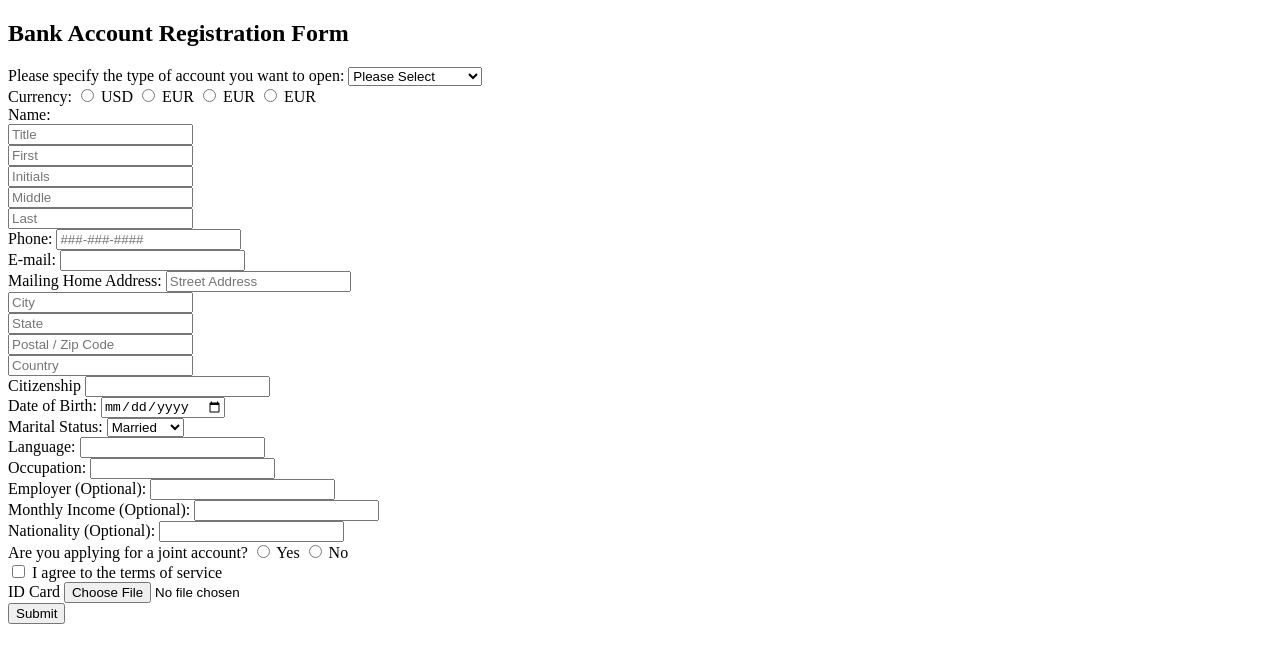
Repository: hizeetech/First-Assignment
Page: sign_up.html
The author's editor kept a copy of each file at every save. The page is drawn from the files as they stood at one save, then again after the next save.
The browser window is 1280 px wide. The pictures show the whole page.

Above is the page before, as saved 2024-11-09 02:30:29.

After the next save:
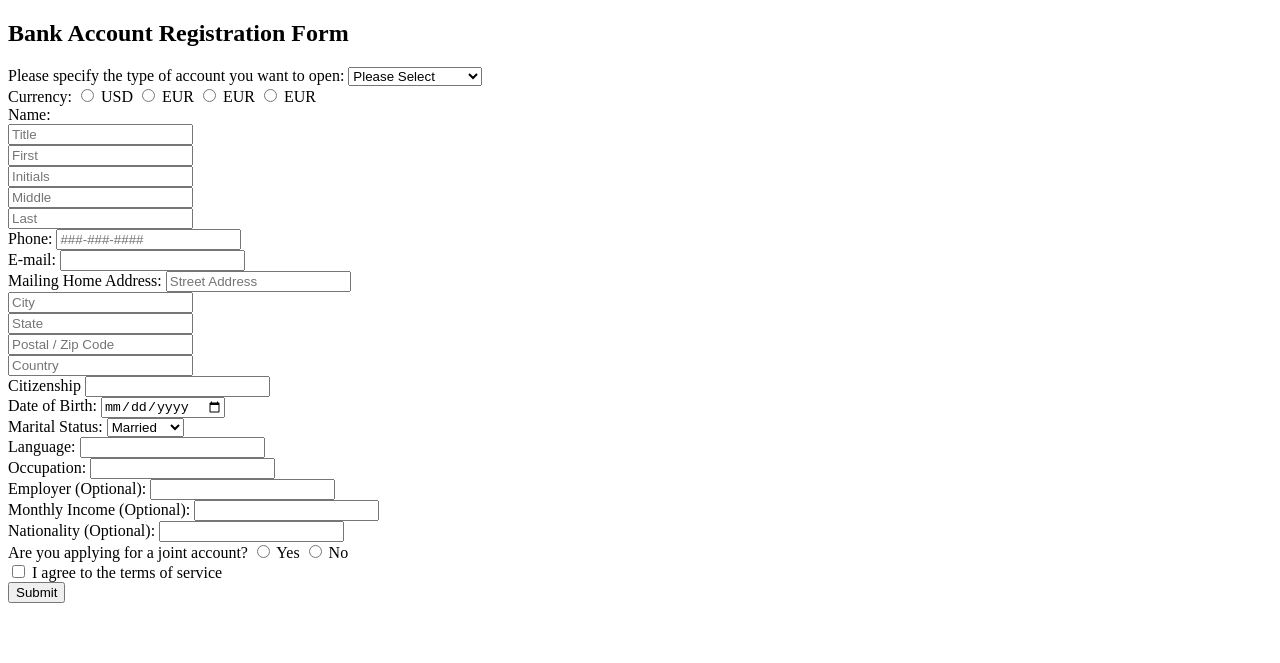
Saved 33 s later.
--- a/sign_up.html
+++ b/sign_up.html
@@ -111,10 +111,7 @@
             <label for="terms">I agree to the terms of service</a></label>
         </div>
 
-        <div>
-            <label>ID Card</label>
-            <input type="file" accept="image/png, image/jpg, image/jpeg, image/webp, image/gif">
-        </div>
+
 
         <button type="submit" class="submit-btn">Submit</button>
     </form>
